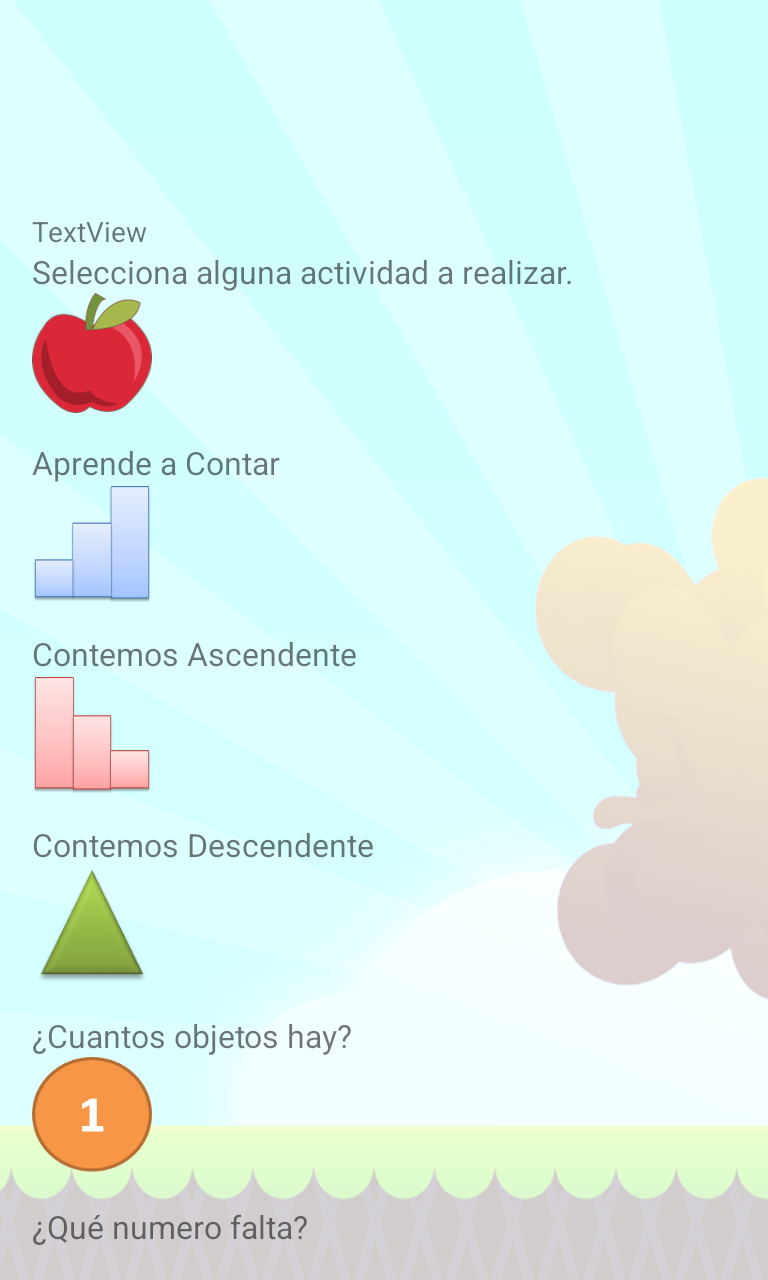
Repository: AntonioloNeviani/ProyectoDeInvestigacion_Android
Layout: FiliiStude/res/layout/activity_indice.xml
The author's editor kept a copy of each file at every save. The layout is drawn from the files as they stood at one save, then again after the next save.
It is drawn on a 768 x 1280 px phone screen (xhdpi) without system bars, with theme AppTheme; the app's code is not run.

Above is the layout before, as saved 2015-05-26 21:31:26.

### FiliiStude/res/layout/activity_indice.xml
<RelativeLayout xmlns:android="http://schemas.android.com/apk/res/android"
    xmlns:tools="http://schemas.android.com/tools"
    android:layout_width="match_parent"
    android:layout_height="match_parent"
    android:background="@drawable/fondo_index"
    android:paddingBottom="@dimen/activity_vertical_margin"
    android:paddingLeft="@dimen/activity_horizontal_margin"
    android:paddingRight="@dimen/activity_horizontal_margin"
    android:paddingTop="@dimen/activity_vertical_margin"
    tools:context="com.filii.filiistude.Indice" >

    <ScrollView
        android:id="@+id/scrollView1"
        android:layout_width="wrap_content"
        android:layout_height="wrap_content"
        android:layout_alignParentBottom="true"
        android:layout_alignParentLeft="true"
        android:layout_alignParentRight="true"
        android:layout_below="@+id/textView6" >

        <LinearLayout
            android:layout_width="match_parent"
            android:layout_height="match_parent"
            android:orientation="vertical" >

            <TextView
                android:id="@+id/textView9"
                android:layout_width="wrap_content"
                android:layout_height="wrap_content"
                android:text="TextView" />

            <TextView
                android:layout_width="wrap_content"
                android:layout_height="wrap_content"
                android:text="Selecciona alguna actividad a realizar."
                android:textSize="16sp" />

            <ImageButton
                android:id="@+id/ContraManzanas"
                android:layout_width="60dp"
                android:layout_height="60dp"
                android:layout_marginBottom="14dp"
                android:background="@drawable/icomanzana"
                android:onClick="anterior" />

            <TextView
                android:id="@+id/textView1"
                android:layout_width="wrap_content"
                android:layout_height="wrap_content"
                android:text="Aprende a Contar"
                android:textSize="16sp" />

            <ImageButton
                android:id="@+id/ContemosAscendente"
                android:layout_width="60dp"
                android:layout_height="60dp"
                android:layout_marginBottom="14dp"
                android:background="@drawable/ico_escaleraazul"
                android:onClick="anterior" />

            <TextView
                android:id="@+id/textView2"
                android:layout_width="wrap_content"
                android:layout_height="wrap_content"
                android:text="Contemos Ascendente "
                android:textSize="16sp" />

            <ImageButton
                android:id="@+id/ContemosDescendente"
                android:layout_width="60dp"
                android:layout_height="60dp"
                android:layout_marginBottom="14dp"
                android:background="@drawable/ico_escaleraroja"
                android:onClick="anterior" />

            <TextView
                android:id="@+id/textView3"
                android:layout_width="wrap_content"
                android:layout_height="wrap_content"
                android:text="Contemos Descendente "
                android:textSize="16sp" />

            <ImageButton
                android:id="@+id/Objetos"
                android:layout_width="60dp"
                android:layout_height="60dp"
                android:layout_marginBottom="14dp"
                android:background="@drawable/ico_tringulo"
                android:onClick="anterior" />

            <TextView
                android:id="@+id/textView4"
                android:layout_width="wrap_content"
                android:layout_height="wrap_content"
                android:text="¿Cuantos objetos hay?"
                android:textSize="16sp" />

            <ImageButton
                android:id="@+id/Circulos"
                android:layout_width="60dp"
                android:layout_height="60dp"
                android:layout_marginBottom="14dp"
                android:background="@drawable/ico_circulo"
                android:onClick="anterior" />

            <TextView
                android:id="@+id/textView5"
                android:layout_width="wrap_content"
                android:layout_height="wrap_content"
                android:text="¿Qué numero falta?"
                android:textSize="16sp" />

        </LinearLayout>
    </ScrollView>

</RelativeLayout>

Loaded but not shown: FiliiStude/res/values/styles.xml (common file); FiliiStude/res/values-v11/styles.xml (common file); FiliiStude/res/values-v14/styles.xml (common file); FiliiStude/res/values/dimens.xml (common file); FiliiStude/res/values-w820dp/dimens.xml (common file)

After the next save:
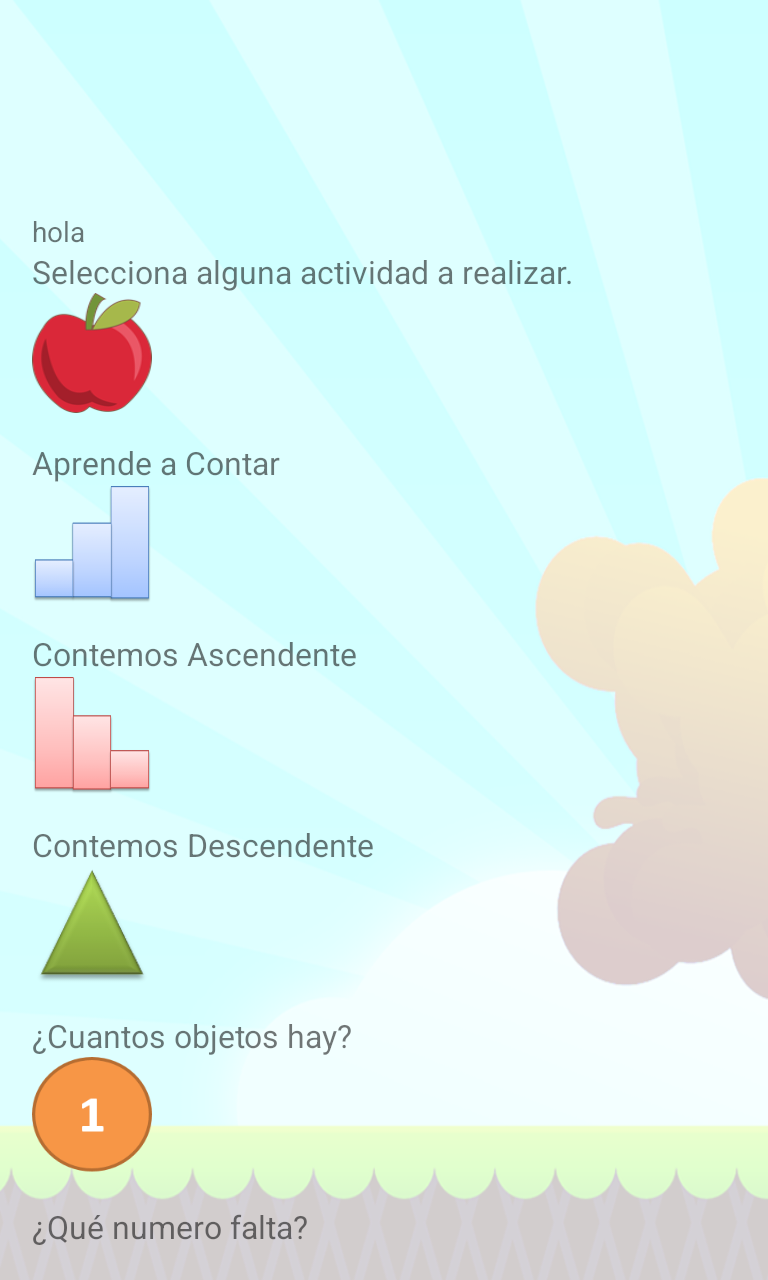
Saved 17 s later.
--- a/FiliiStude/res/layout/activity_indice.xml
+++ b/FiliiStude/res/layout/activity_indice.xml
@@ -24,10 +24,10 @@
             android:orientation="vertical" >
 
             <TextView
-                android:id="@+id/textView9"
+                android:id="@+id/textHola"
                 android:layout_width="wrap_content"
                 android:layout_height="wrap_content"
-                android:text="TextView" />
+                android:text="hola" />
 
             <TextView
                 android:layout_width="wrap_content"
